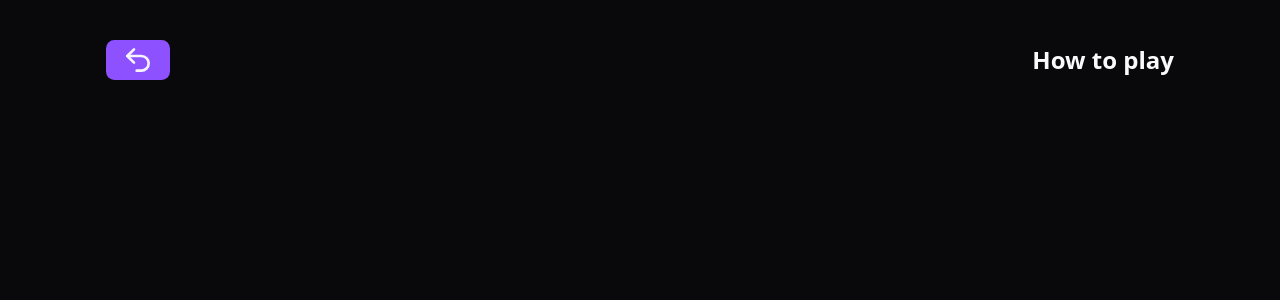
Repository: usmanov16/8-oy-6-dars
Page: /instruction
The author's editor kept a copy of each file at every save. The page is drawn from the files as they stood at one save, then again after a run of saves.
The browser window is 1280 px wide. The pictures show the whole page.
The page's requests for data from a server got no answer. The project was rebuilt for these pictures with package versions that can differ from the ones it lists, and the page was loaded fresh each time. No one was signed in, and anything a server would have sent is missing. Also part of the build but not shown: vite.config.ts, src/pages/Home.tsx.

Above is the page before, as saved 2025-11-06 22:14:54.

After the next 2 saves:
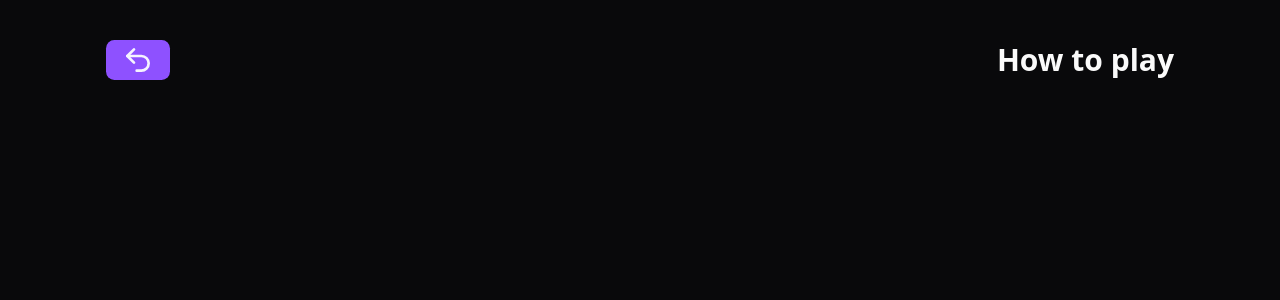
The 2 saves are shown as one change because they came seconds apart.
The last was saved 7 s later.
--- a/src/pages/Document.tsx
+++ b/src/pages/Document.tsx
@@ -27,7 +27,7 @@ function Document() {
             <Button >
             <Undo2 />
             </Button>
-            <h2 className="text-2xl font-bold  ">How to play</h2>
+            <h2 className="text-3xl font-bold   ">How to play</h2>
         </div>
       <div className="container grid grid-cols-1 gap-6 lg:grid-cols-3">
         {data &&
